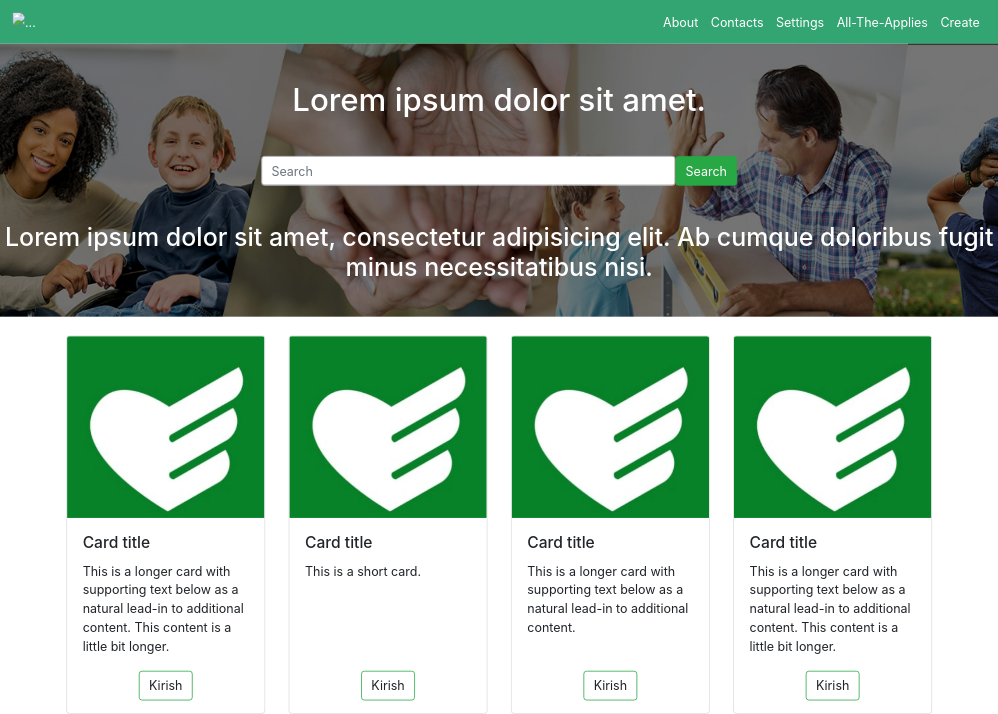
Repository: abduvali-aminov/fond
Page: http://localhost/main
An editor plug-in stored every save of this project. The page is shown before and after a run of saves, followed by the edit.
The browser window is 1280 px wide. The pictures show the whole page, at 78% of full size.
The page is served by the project's Laravel application, run on PHP 8.4 with Laravel 8. Other server files are loaded and not shown.

Above is the page before, as saved 2021-01-18 14:29:52.

### routes/web.php
<?php

use App\Http\Controllers\AppliesController;
use App\Http\Controllers\MainController;
use Illuminate\Support\Facades\Route;

/*
|--------------------------------------------------------------------------
| Web Routes
|--------------------------------------------------------------------------
|
| Here is where you can register web routes for your application. These
| routes are loaded by the RouteServiceProvider within a group which
| contains the "web" middleware group. Now create something great!
|
*/

Route::get('/', function () {
    return view('welcome');
});

Route::get('/apply', [AppliesController::class, 'index'])->name('apply');
Route::get('/apply-create', [AppliesController::class, 'create'])->name('apply-create');
Route::post('/apply-store', [AppliesController::class, 'store'])->name('apply-store');
Route::get('/main', [MainController::class, 'index'])->name('main');

### app/Http/Controllers/MainController.php
<?php

namespace App\Http\Controllers;

use Illuminate\Http\Request;

class MainController extends Controller
{
    public function index()
    {
        return view('main.index');
    }
}

### resources/views/main/index.blade.php
@extends('main.main')
@section('content')

    <div  style="height: 350px;background-image:url('{{ asset('images/photo_3.jpg') }}');position:relative">
        <center>
            <div class="pt-5">
                <h1 class="text-white">Lorem ipsum dolor sit amet.</h1>
                <form class="d-flex col-6 mt-5">
                    <input class="form-control" type="search" placeholder="Search" aria-label="Search">
                    <button class="btn btn-success" type="submit">Search</button>
                </form>
                <h2 class="text-center text-white mt-5">Lorem ipsum dolor sit amet, consectetur adipisicing elit. Ab cumque doloribus fugit minus necessitatibus nisi.</h2>
            </div>
        </center>
    </div>

    <div class="container">
        <div class="row row-cols-1 mt-4 row-cols-md-4 g-4">
            <div class="col">
                <div class="card h-100">
                    <img src="{{ asset('/images/photo.jpg') }}" class="card-img-top" alt="...">                <div class="card-body">
                        <h5 class="card-title">Card title</h5>
                        <p class="card-text">This is a longer card with supporting text below as a natural lead-in to
                            additional content. This content is a little bit longer.</p>
                    </div>
                    <div class="text-center mb-3">
                        <a class="btn btn-outline-success"> Kirish </a>
                    </div>
                </div>
            </div>
            <div class="col">
                <div class="card h-100">
                    <img src="{{ asset('/images/photo.jpg') }}" class="card-img-top" alt="...">
                    <div class="card-body">
                        <h5 class="card-title">Card title</h5>
                        <p class="card-text">This is a short card.</p>
                    </div>
                    <div class="text-center mb-3">
                        <a class="btn btn-outline-success"> Kirish </a>
                    </div>
                </div>
            </div>
            <div class="col">
                <div class="card h-100">
                    <img src="{{ asset('/images/photo.jpg') }}" class="card-img-top" alt="...">
                    <div class="card-body">
                        <h5 class="card-title">Card title</h5>
                        <p class="card-text">This is a longer card with supporting text below as a natural lead-in to
                            additional content.</p>
                    </div>
                    <div class="text-center mb-3">
                        <a class="btn btn-outline-success"> Kirish </a>
                    </div>
                </div>
            </div>
            <div class="col">
                <div class="card h-100">
                    <img src="{{ asset('/images/photo.jpg') }}" class="card-img-top" alt="...">
                    <div class="card-body">
                        <h5 class="card-title">Card title</h5>
                        <p class="card-text">This is a longer card with supporting text below as a natural lead-in to
                            additional content. This content is a little bit longer.</p>
                    </div>
                    <div class="text-center mb-3">
                        <a class="btn btn-outline-success"> Kirish </a>
                    </div>
                </div>
            </div>
        </div>
    </div>

@endsection

### resources/views/main/main.blade.php
<!DOCTYPE html>
<html lang="en">
<head>
    <meta charset="UTF-8">
    <meta name="viewport" content="width=device-width, initial-scale=1.0">
    <meta http-equiv="X-UA-Compatible" content="ie=edge">
    <title>Document</title>

    <!-- Including the bootstrap CDN -->
    <link rel="stylesheet" href=
    "https://maxcdn.bootstrapcdn.com/bootstrap/4.4.1/css/bootstrap.min.css">
        <link rel="stylesheet" href="https://cdnjs.cloudflare.com/ajax/libs/font-awesome/4.7.0/css/font-awesome.min.css">
        <style>
            #navbar {
                /*margin-top: 20px;*/
                -webkit-text-fill-color: white;
                background-color: #32a573;
                /*position:fixed;*/
                /*top:0;*/
            }
        </style>
</head>

<body>

    <!-- Creating a navigation bar using the
            .navbar class of bootstrap -->
    <nav class="navbar navbar-expand-sm  " id="navbar">
        <img src="{{ asset('logo2') }}" alt="{{ __('...') }}">
        <ul class="navbar-nav ml-auto">

            <li class="nav-item">
                <a class="nav-link" href="#">
                    About
                </a>
            </li>
            <li class="nav-item">
                <a class="nav-link" href="#">
                    Contacts
                </a>
            </li>
            <li class="nav-item">
                <a class="nav-link" href="#">
                    Settings
                </a>
            </li>
            <li class="nav-item">
                <a class="nav-link" href="#">
                    All-The-Applies
                </a>
            </li>
            <li class="nav-item">
                <a class="nav-link" href="{{ route('apply-create') }}">
                    Create
                </a>
            </li>
        </ul>
    </nav>
</body>

</html>
    @yield('content')



    <!-- JS, Popper.js, and jQuery -->
    <script src="https://code.jquery.com/jquery-3.5.1.slim.min.js" integrity="sha384-DfXdz2htPH0lsSSs5nCTpuj/zy4C+OGpamoFVy38MVBnE+IbbVYUew+OrCXaRkfj" crossorigin="anonymous"></script>
    <script src="https://cdn.jsdelivr.net/npm/popper.js@1.16.1/dist/umd/popper.min.js" integrity="sha384-9/reFTGAW83EW2RDu2S0VKaIzap3H66lZH81PoYlFhbGU+6BZp6G7niu735Sk7lN" crossorigin="anonymous"></script>
    <script src="https://stackpath.bootstrapcdn.com/bootstrap/4.5.2/js/bootstrap.min.js" integrity="sha384-B4gt1jrGC7Jh4AgTPSdUtOBvfO8shuf57BaghqFfPlYxofvL8/KUEfYiJOMMV+rV" crossorigin="anonymous"></script>

</html>

Loaded but not shown: app/Http/Controllers/Controller.php (common file)

After the next 2 saves:
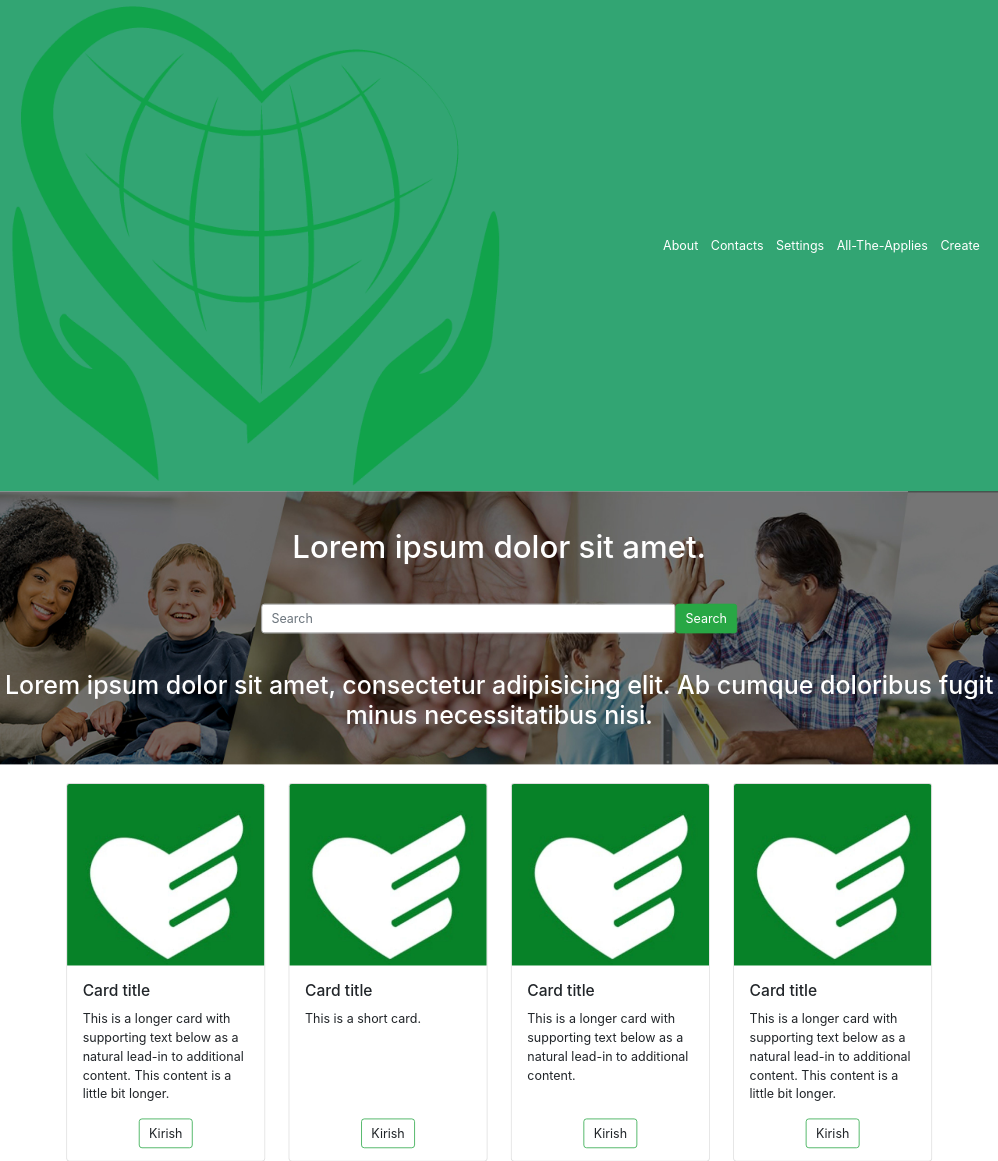
The 2 saves are shown as one change because they came seconds apart.
The last was saved 10 s later.
--- a/resources/views/main/main.blade.php
+++ b/resources/views/main/main.blade.php
@@ -26,7 +26,7 @@
     <!-- Creating a navigation bar using the
             .navbar class of bootstrap -->
     <nav class="navbar navbar-expand-sm  " id="navbar">
-        <img src="{{ asset('logo2') }}" alt="{{ __('...') }}">
+        <img src="{{ asset('/images/logo2.png') }}" alt="{{ __('...') }}">
         <ul class="navbar-nav ml-auto">
 
             <li class="nav-item">
